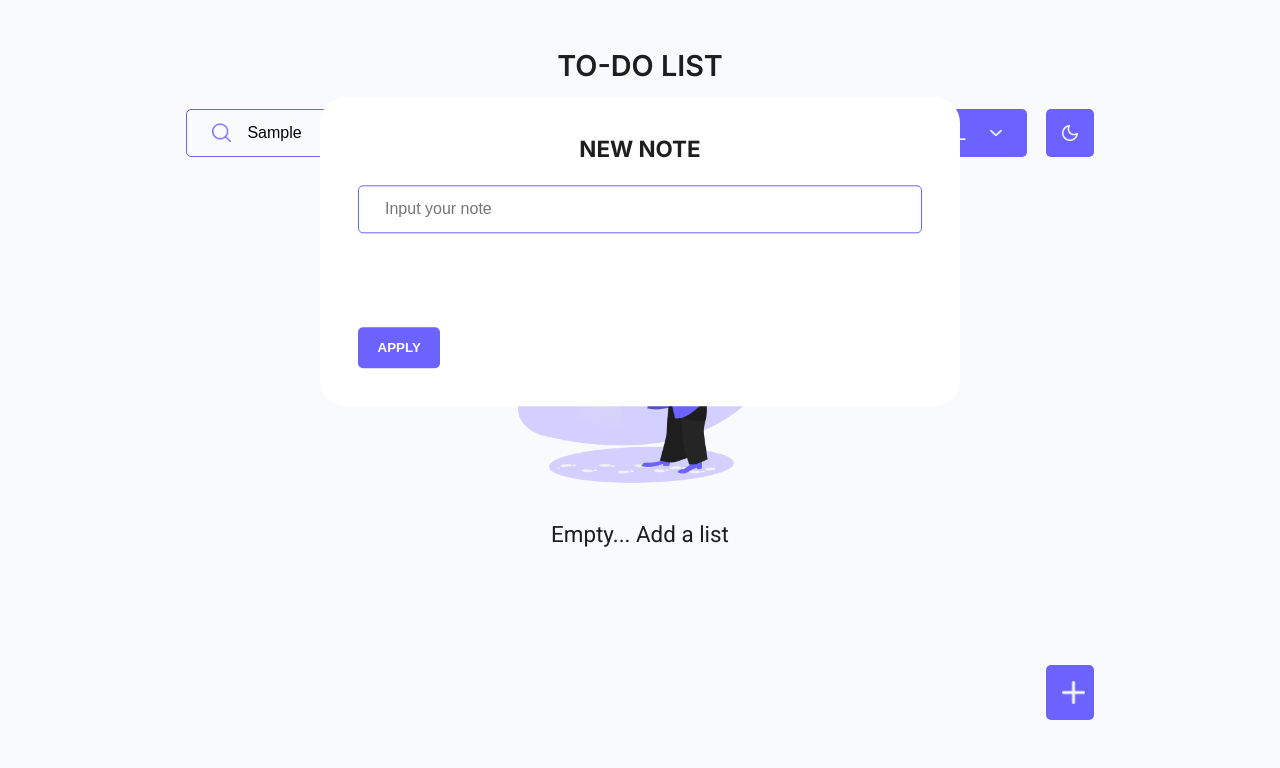
Repository: Marykeje/To-do-list
Page: index.html
The author's editor kept a copy of each file at every save. The page is drawn from the files as they stood at one save, then again after the next save.
The browser window is 1280 px wide. The pictures show the whole page.
Empty fields were first filled with sample values (such as "Sample", 5 or name@example.com).
After loading, the first visible `#add-btn` was clicked once.
The style sheet was rebuilt from its Sass, Less or Tailwind sources for each picture, by a compiler version that may differ from the author's.

Above is the page before, as saved 2025-12-02 14:28:41.

After the next save:
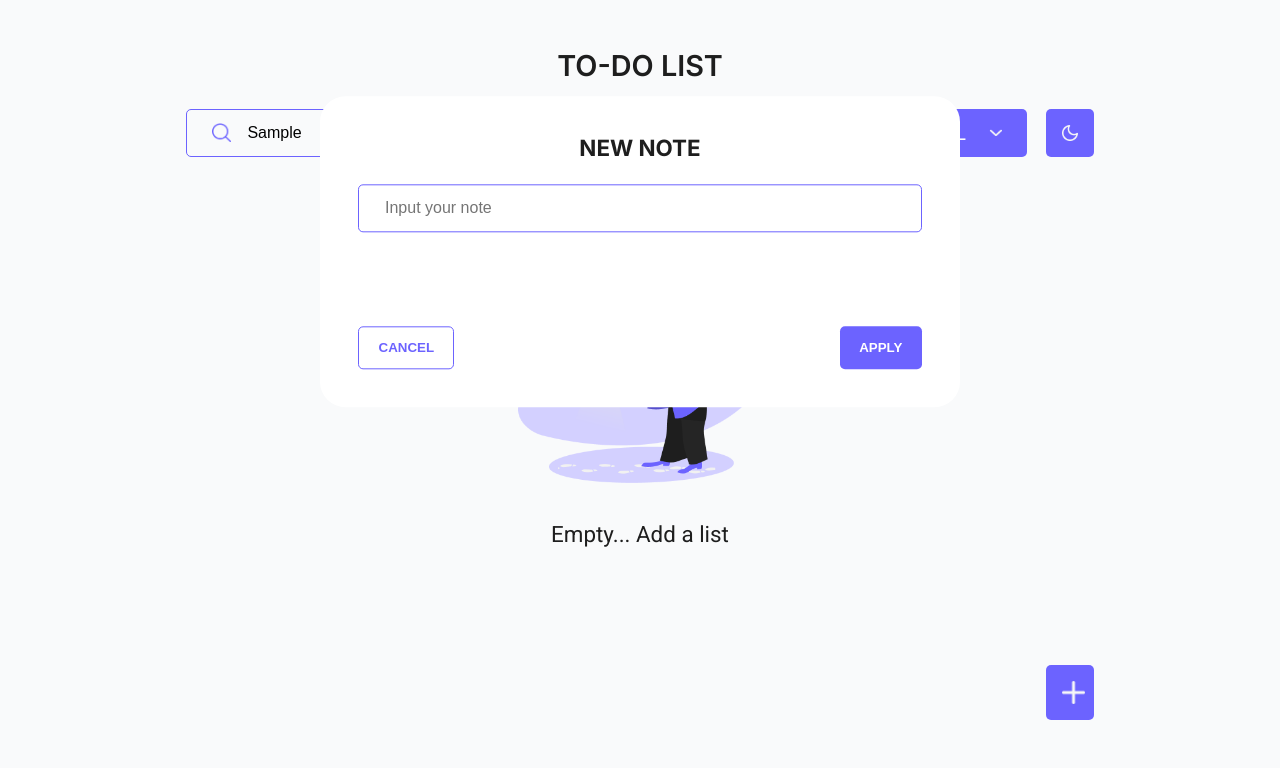
Saved 34 s later.
--- a/js/script.js
+++ b/js/script.js
@@ -28,7 +28,7 @@ function openModal() {
   clickOpen.style.display = "block";
   modal.style.display = "block";
   overlay.style.display = "block";
-  overlay.style.display = "none";
+  // overlay.style.display = "none";
 
   // for the close modal
   // function closeModal() {
